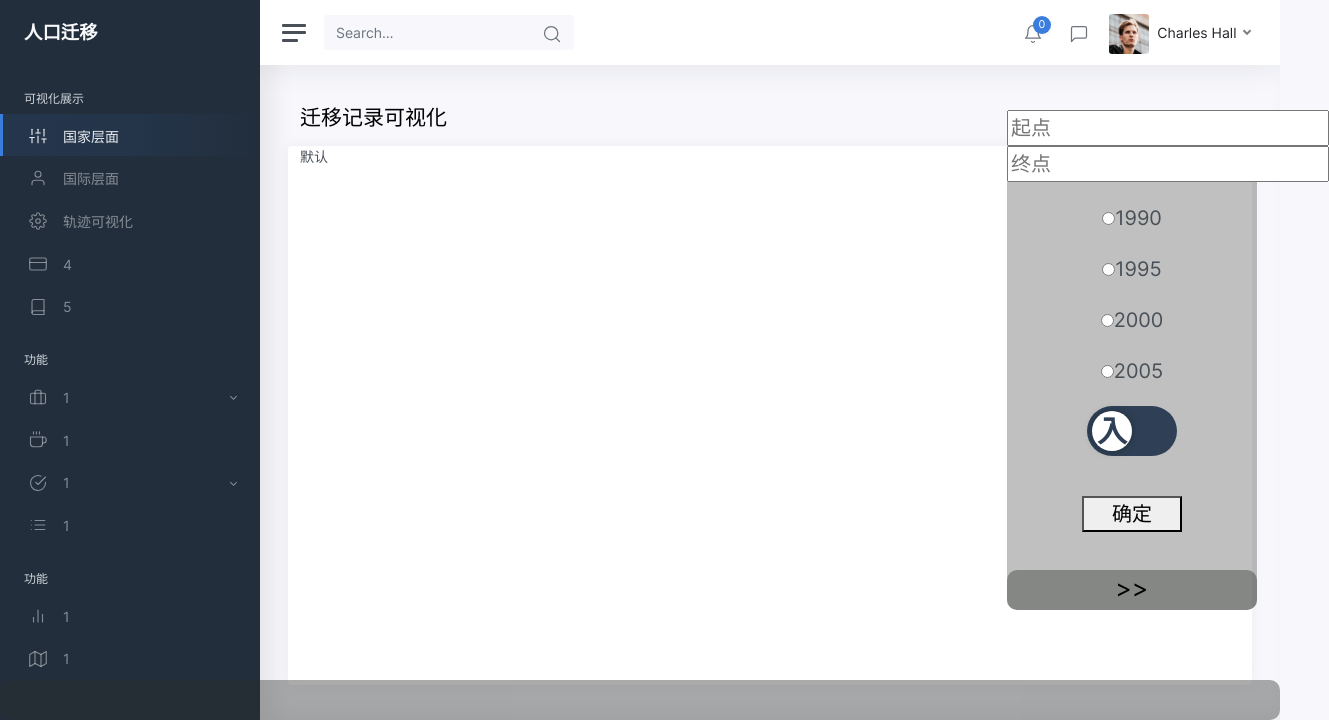
Repository: yuwei0922/WHURS-WGIS
Page: final_project/pages-profile.html
An editor plug-in stored every save of this project. The page is shown before and after the next save, followed by the edit.
The browser window is 1280 px wide. The page is 1329 px wide, then 1280 px, so the pictures cover 1329 px, including what lies to the right of the window. The pictures show the whole page.
Some web libraries are served in a nearby version.

Above is the page before, as saved 2022-12-25 19:39:43.
Not found: final_project/js/vendor.js

### final_project/pages-profile.html
<!DOCTYPE html>
<html lang="en">

<head>
	<meta charset="utf-8">
	<meta http-equiv="X-UA-Compatible" content="IE=edge">
	<meta name="viewport" content="width=device-width, initial-scale=1, shrink-to-fit=no">
	<meta name="description" content="Responsive Web UI Kit &amp; Dashboard Template based on Bootstrap">
	<meta name="author" content="AdminKit">
	<meta name="keywords" content="adminkit, bootstrap, web ui kit, dashboard template, admin template">
	<link rel="shortcut icon" href="img/icons/icon-48x48.png" />
	<title>Profile</title>
	<link href="css/app.css" rel="stylesheet">
	<link rel="stylesheet" href="css/content.css">
	<link href="https://cdn.bootcdn.net/ajax/libs/font-awesome/6.1.1/css/all.css" rel="stylesheet">
</head>


<body>
	<div class="wrapper">
		<!--左边导航栏-->
		<nav id="sidebar" class="sidebar">
			<div class="sidebar-content js-simplebar">
				<a class="sidebar-brand" href="index.html">
					<span class="align-middle">人口迁移</span>
				</a>

				<ul class="sidebar-nav">
					<li class="sidebar-header">
						可视化展示
					</li>

					<li class="sidebar-item active">
						<a class="sidebar-link" href="index.html">
							<i class="align-middle" data-feather="sliders"></i> <span class="align-middle">国家层面</span>
						</a>
					</li>

					<li class="sidebar-item">
						<a class="sidebar-link" href="pages-profile.html">
							<i class="align-middle" data-feather="user"></i> <span class="align-middle">国际层面</span>
						</a>
					</li>

					<li class="sidebar-item">
						<a class="sidebar-link" href="pages-settings.html">
							<i class="align-middle" data-feather="settings"></i> <span class="align-middle">轨迹可视化</span>
						</a>
					</li>

					<li class="sidebar-item">
						<a class="sidebar-link" href="pages-invoice.html">
							<i class="align-middle" data-feather="credit-card"></i> <span class="align-middle">4</span>
						</a>
					</li>

					<li class="sidebar-item">
						<a class="sidebar-link" href="pages-blank.html">
							<i class="align-middle" data-feather="book"></i> <span class="align-middle">5</span>
						</a>
					</li>

					<li class="sidebar-header">
						功能
					</li>

					<li class="sidebar-item">
						<a href="#ui" data-toggle="collapse" class="sidebar-link collapsed">
							<i class="align-middle" data-feather="briefcase"></i>
							<span class="align-middle">1</span>
						</a>
						<ul id="ui" class="sidebar-dropdown list-unstyled collapse " data-parent="#sidebar">
							<li class="sidebar-item"><a class="sidebar-link" href="ui-alerts.html">Alerts</a></li>
							<li class="sidebar-item"><a class="sidebar-link" href="ui-buttons.html">Buttons</a></li>
							<li class="sidebar-item"><a class="sidebar-link" href="ui-cards.html">Cards</a></li>
							<li class="sidebar-item"><a class="sidebar-link" href="ui-general.html">General</a></li>
							<li class="sidebar-item"><a class="sidebar-link" href="ui-grid.html">Grid</a></li>
							<li class="sidebar-item"><a class="sidebar-link" href="ui-modals.html">Modals</a></li>
							<li class="sidebar-item"><a class="sidebar-link" href="ui-typography.html">Typography</a>
							</li>
						</ul>
					</li>

					<li class="sidebar-item">
						<a class="sidebar-link" href="icons-feather.html">
							<i class="align-middle" data-feather="coffee"></i> <span class="align-middle">1</span>
						</a>
					</li>

					<li class="sidebar-item">
						<a href="#forms" data-toggle="collapse" class="sidebar-link collapsed">
							<i class="align-middle" data-feather="check-circle"></i> <span class="align-middle">1</span>
						</a>
						<ul id="forms" class="sidebar-dropdown list-unstyled collapse " data-parent="#sidebar">
							<li class="sidebar-item"><a class="sidebar-link" href="forms-layouts.html">1</a>
							</li>
							<li class="sidebar-item"><a class="sidebar-link" href="forms-basic-inputs.html">1</a></li>
						</ul>
					</li>

					<li class="sidebar-item">
						<a class="sidebar-link" href="tables-bootstrap.html">
							<i class="align-middle" data-feather="list"></i> <span class="align-middle">1</span>
						</a>
					</li>

					<li class="sidebar-header">
						功能
					</li>

					<li class="sidebar-item">
						<a class="sidebar-link" href="charts-chartjs.html">
							<i class="align-middle" data-feather="bar-chart-2"></i> <span class="align-middle">1</span>
						</a>
					</li>

					<li class="sidebar-item">
						<a class="sidebar-link" href="maps-google.html">
							<i class="align-middle" data-feather="map"></i> <span class="align-middle">1</span>
						</a>
					</li>
				</ul>

			</div>
		</nav>
		<!--中间主要部分-->
		<div class="main">
			<!--头顶导航栏-->
			<nav class="navbar navbar-expand navbar-light navbar-bg">
				<a class="sidebar-toggle d-flex">
					<i class="hamburger align-self-center"></i>
				</a>

				<form class="form-inline d-none d-sm-inline-block">
					<div class="input-group input-group-navbar">
						<input type="text" class="form-control" placeholder="Search…" aria-label="Search">
						<div class="input-group-append">
							<button class="btn" type="button">
								<i class="align-middle" data-feather="search"></i>
							</button>
						</div>
					</div>
				</form>

				<div class="navbar-collapse collapse">
					<ul class="navbar-nav navbar-align">
						<li class="nav-item dropdown">
							<a class="nav-icon dropdown-toggle" href="#" id="alertsDropdown" data-toggle="dropdown">
								<div class="position-relative">
									<i class="align-middle" data-feather="bell"></i>
									<span class="indicator">0</span>
								</div>
							</a>
							<div class="dropdown-menu dropdown-menu-lg dropdown-menu-right py-0"
								aria-labelledby="alertsDropdown">
								<div class="dropdown-menu-header">
									0个未读注意事项
								</div>
								<div class="list-group">
									<a href="#" class="list-group-item">
										<div class="row no-gutters align-items-center">
											<div class="col-2">
												<i class="text-danger" data-feather="alert-circle"></i>
											</div>
											<div class="col-10">
												<div class="text-dark">升级</div>
												<div class="text-muted small mt-1">Restart server 12 to complete the
													update.</div>
												<div class="text-muted small mt-1">30m ago</div>
											</div>
										</div>
									</a>
									<a href="#" class="list-group-item">
										<div class="row no-gutters align-items-center">
											<div class="col-2">
												<i class="text-warning" data-feather="bell"></i>
											</div>
											<div class="col-10">
												<div class="text-dark">Lorem ipsum</div>
												<div class="text-muted small mt-1">Aliquam ex eros, imperdiet vulputate
													hendrerit et.</div>
												<div class="text-muted small mt-1">2h ago</div>
											</div>
										</div>
									</a>
									<a href="#" class="list-group-item">
										<div class="row no-gutters align-items-center">
											<div class="col-2">
												<i class="text-primary" data-feather="home"></i>
											</div>
											<div class="col-10">
												<div class="text-dark">Login from 192.186.1.8</div>
												<div class="text-muted small mt-1">5h ago</div>
											</div>
										</div>
									</a>
									<a href="#" class="list-group-item">
										<div class="row no-gutters align-items-center">
											<div class="col-2">
												<i class="text-success" data-feather="user-plus"></i>
											</div>
											<div class="col-10">
												<div class="text-dark">New connection</div>
												<div class="text-muted small mt-1">Christina accepted your request.
												</div>
												<div class="text-muted small mt-1">14h ago</div>
											</div>
										</div>
									</a>
								</div>
								<div class="dropdown-menu-footer">
									<a href="#" class="text-muted">Show all notifications</a>
								</div>
							</div>
						</li>
						<li class="nav-item dropdown">
							<a class="nav-icon dropdown-toggle" href="#" id="messagesDropdown" data-toggle="dropdown">
								<div class="position-relative">
									<i class="align-middle" data-feather="message-square"></i>
								</div>
							</a>
							<div class="dropdown-menu dropdown-menu-lg dropdown-menu-right py-0"
								aria-labelledby="messagesDropdown">
								<div class="dropdown-menu-header">
									<div class="position-relative">
										4 New Messages
									</div>
								</div>
								<div class="list-group">
									<a href="#" class="list-group-item">
										<div class="row no-gutters align-items-center">
											<div class="col-2">
												<img src="img/avatars/avatar-5.jpg"
													class="avatar img-fluid rounded-circle" alt="Vanessa Tucker">
											</div>
											<div class="col-10 pl-2">
												<div class="text-dark">Vanessa Tucker</div>
												<div class="text-muted small mt-1">Nam pretium turpis et arcu. Duis arcu
													tortor.</div>
												<div class="text-muted small mt-1">15m ago</div>
											</div>
										</div>
									</a>
									<a href="#" class="list-group-item">
										<div class="row no-gutters align-items-center">
											<div class="col-2">
												<img src="img/avatars/avatar-2.jpg"
													class="avatar img-fluid rounded-circle" alt="William Harris">
											</div>
											<div class="col-10 pl-2">
												<div class="text-dark">William Harris</div>
												<div class="text-muted small mt-1">Curabitur ligula sapien euismod
													vitae.</div>
												<div class="text-muted small mt-1">2h ago</div>
											</div>
										</div>
									</a>
									<a href="#" class="list-group-item">
										<div class="row no-gutters align-items-center">
											<div class="col-2">
												<img src="img/avatars/avatar-4.jpg"
													class="avatar img-fluid rounded-circle" alt="Christina Mason">
											</div>
											<div class="col-10 pl-2">
												<div class="text-dark">Christina Mason</div>
												<div class="text-muted small mt-1">Pellentesque auctor neque nec urna.
												</div>
												<div class="text-muted small mt-1">4h ago</div>
											</div>
										</div>
									</a>
									<a href="#" class="list-group-item">
										<div class="row no-gutters align-items-center">
											<div class="col-2">
												<img src="img/avatars/avatar-3.jpg"
													class="avatar img-fluid rounded-circle" alt="Sharon Lessman">
											</div>
											<div class="col-10 pl-2">
												<div class="text-dark">Sharon Lessman</div>
												<div class="text-muted small mt-1">Aenean tellus metus, bibendum sed,
													posuere ac, mattis non.</div>
												<div class="text-muted small mt-1">5h ago</div>
											</div>
										</div>
									</a>
								</div>
								<div class="dropdown-menu-footer">
									<a href="#" class="text-muted">Show all messages</a>
								</div>
							</div>
						</li>
						<li class="nav-item dropdown">
							<a class="nav-icon dropdown-toggle d-inline-block d-sm-none" href="#"
								data-toggle="dropdown">
								<i class="align-middle" data-feather="settings"></i>
							</a>

							<a class="nav-link dropdown-toggle d-none d-sm-inline-block" href="#"
								data-toggle="dropdown">
								<img src="img/avatars/avatar.jpg" class="avatar img-fluid rounded mr-1"
									alt="Charles Hall" /> <span class="text-dark">Charles Hall</span>
							</a>
							<div class="dropdown-menu dropdown-menu-right">
								<a class="dropdown-item" href="pages-profile.html"><i class="align-middle mr-1"
										data-feather="user"></i> Profile</a>
								<a class="dropdown-item" href="#"><i class="align-middle mr-1"
										data-feather="pie-chart"></i> Analytics</a>
								<div class="dropdown-divider"></div>
								<a class="dropdown-item" href="pages-settings.html"><i class="align-middle mr-1"
										data-feather="settings"></i> Settings & Privacy</a>
								<a class="dropdown-item" href="#"><i class="align-middle mr-1"
										data-feather="help-circle"></i> Help Center</a>
								<div class="dropdown-divider"></div>
								<a class="dropdown-item" href="#">Log out</a>
							</div>
						</li>
					</ul>
				</div>
			</nav>
			<main class="content">
				<div class="container-fluid p-0 map-background">
					<h1 class="h3 mb-3">迁移记录可视化</h1>
					<div class="row map-background">
						<div class="card col-12 mapcontent">默认</div>
					</div>
				</div>
			</main>
		</div>
	<div class="select-contronller" style="border-radius: 10px; font-size: 20px;">
		<form action="">
		<input type="text" placeholder="起点" name="ori" class="input-ori">
		<input type="text" placeholder="终点" name="des" class="input-des">
		<br>
		<input type="radio" name="year" id="year" value="1990" class="radiosel">1990
		<br>
		<input type="radio" name="year" id="year" value="1995" class="radiosel">1995
		<br>
		<input type="radio" name="year" id="year" value="200" class="radiosel">2000
		<br>
		<input type="radio" name="year" id="year" value="2005" class="radiosel">2005
		<br>
		<input type="checkbox" name="" id="custom" style="text-align: center;">
		<label for="custom" class="check-box" style="margin: 20px auto; ">
			<span class="check-handler"></span>
		</label>
		<button class="submitcheck">确定</button>
		</form>
		<div class="changedis" >>></div>
	</div>
	<div class="changedis"></div>
	</div>
	<script src="js/vendor.js"></script>
	<script src="js/app.js"></script>
	<script>
		let changedis=document.querySelector(".changedis")
		changedis.addEventListener('mouseover',function(){this.style.cursor="pointer"})
		changedis.addEventListener('click',function(e){
			e.target.parentNode.style.opacity=0;})
	</script>
</body>

</html>

### final_project/css/content.css
.map-background {
    height: 100%;
}

.mapcontent {
    height: 90%;
}

.select-contronller {
    position: absolute;
    height: 500px;
    top: 50%;
    right: 23px;
    transform: translateY(-50%);
    background-color: rgba(45, 48, 43, 0.3);
    text-align: center;
    width: 250px;
    opacity: 1;
    transition: .5s;

}

.input-right {
    margin-top: 30px;
    width: 80%;
    text-align: center;
    border-radius: 10px;
    height: 45px;
}



.radiosel {
    margin-top: 30px;
}

.inouttype {
    margin-top: 30px;
    margin-left: 10px;
}

.changedis {
    position: absolute;
    height: 40px;
    font-size: 25px;
    width: 100%;
    bottom: 0;
    margin: 0 auto;
    color: black;
    background-color: rgba(45, 48, 43, 0.4);
    border-radius: 10px;
}

#selectcountry {
    width: 340px;
    height: 60px;
    text-align: center;
    font-size: 20px;
    font-weight: 700;
    margin-top: 5%;
    display: block;
}

input[type="checkbox"] {
    position: absolute;
    opacity: 0;
    z-index: -1;
}

.check-box {
    display: flex;
    align-items: center;
    width: 90px;
    height: 50px;
    background: #2f4056;
    border-radius: 25px;
    cursor: pointer;
    transition: all 0.5s ease;
}

.check-handler {
    display: flex;
    justify-content: center;
    align-items: center;
    margin-left: 5px;
    width: 40px;
    height: 40px;
    background: #fff;
    border-radius: 50%;
    box-shadow: 0 0 8px rgba(0, 0, 0, 0.3);
    transition: all 0.5s ease;
}

.check-handler::before {
    font-family: "Font Awesome 6 Free";
    content: "入";
    color: #2f4056;
    font-size: 1.5em;
    font-weight: 900;
}

input[type="checkbox"]:checked+.check-box {
    background: #5fb878;
}

input[type="checkbox"]:checked+.check-box .check-handler {
    margin-left: 50%;
}

input[type="checkbox"]:checked+.check-box .check-handler::before {
    font-family: "Font Awesome 6 Free";
    content: "出";
    color: #5fb878;
}

.timecontainer{
    width: 300px;
    height: 50px;
    border:0px solid red;
}
.dot{
    border:1px solid #007Aff;
    width: 11px;
    height: 11px;
    border-radius: 10px;
    background: white;
    margin: auto;
    margin-bottom: -6px;
}
.item{
    flex:1.5;
    border-bottom:1px solid #cdcdcd;
}
.item1{
    flex:1;
    border-bottom:0px solid #cdcdcd;
}

.submitcheck{
    width:40% ;
    margin:20px auto;
}

Loaded but not shown: final_project/css/app.css (library); final_project/js/app.js (library)

After the next save:
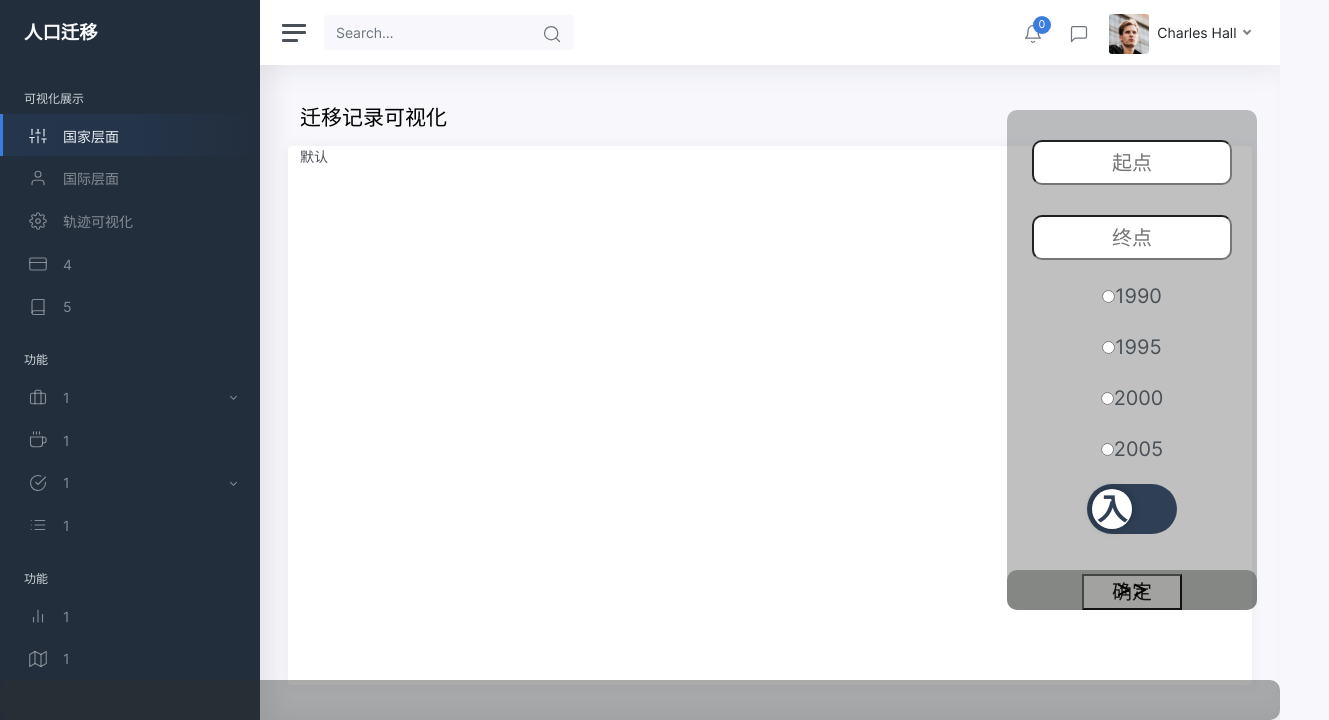
Saved 22 s later.
--- a/final_project/pages-profile.html
+++ b/final_project/pages-profile.html
@@ -328,8 +328,8 @@
 		</div>
 	<div class="select-contronller" style="border-radius: 10px; font-size: 20px;">
 		<form action="">
-		<input type="text" placeholder="起点" name="ori" class="input-ori">
-		<input type="text" placeholder="终点" name="des" class="input-des">
+		<input type="text" placeholder="起点" name="ori" class="input-right" id="input-ori">
+		<input type="text" placeholder="终点" name="des" class="input-right" id="input-des">
 		<br>
 		<input type="radio" name="year" id="year" value="1990" class="radiosel">1990
 		<br>
